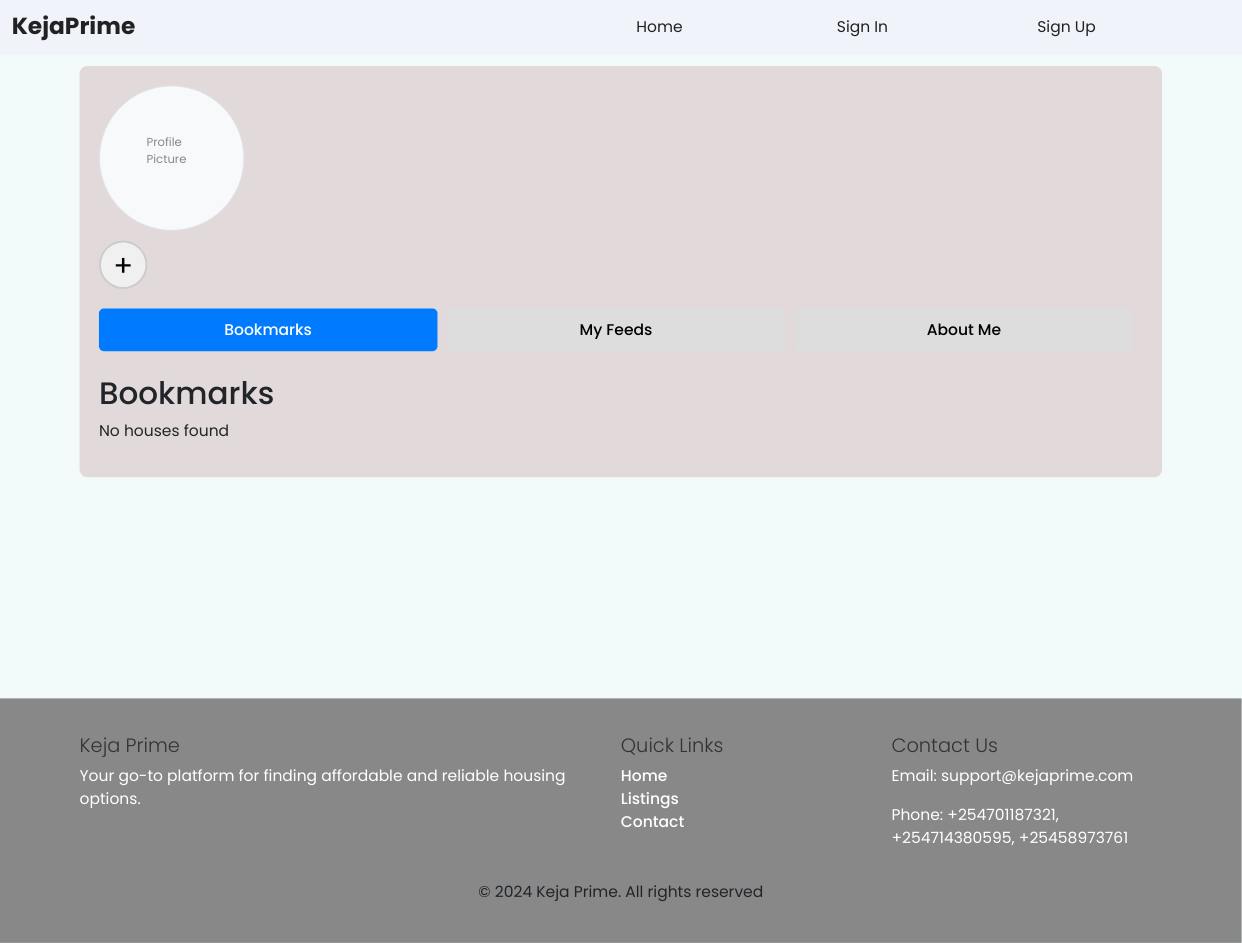
Repository: Pascal7601/kejaPrime
Page: /profile (app in frontend/)
An editor plug-in stored every save of this project. The page is shown before and after the next save, followed by the edit.
The browser window is 1280 px wide. The pictures show the whole page, at 97% of full size.
The page's requests for data from a server got no answer. The project was rebuilt for these pictures with package versions that can differ from the ones it lists, and the page was loaded fresh each time. No one was signed in, and anything a server would have sent is missing. Also part of the build but not shown: frontend/vite.config.js, frontend/src/styles/HeroSection.css, frontend/src/components/HeroSection.jsx, frontend/src/pages/Home.jsx, frontend/src/components/Houses.jsx, frontend/src/pages/Listings.jsx, frontend/src/styles/PostHouse.css, frontend/src/pages/PostHouse.jsx and 10 more.

Above is the page before, as saved 2024-10-22 12:22:10.

After the next save:
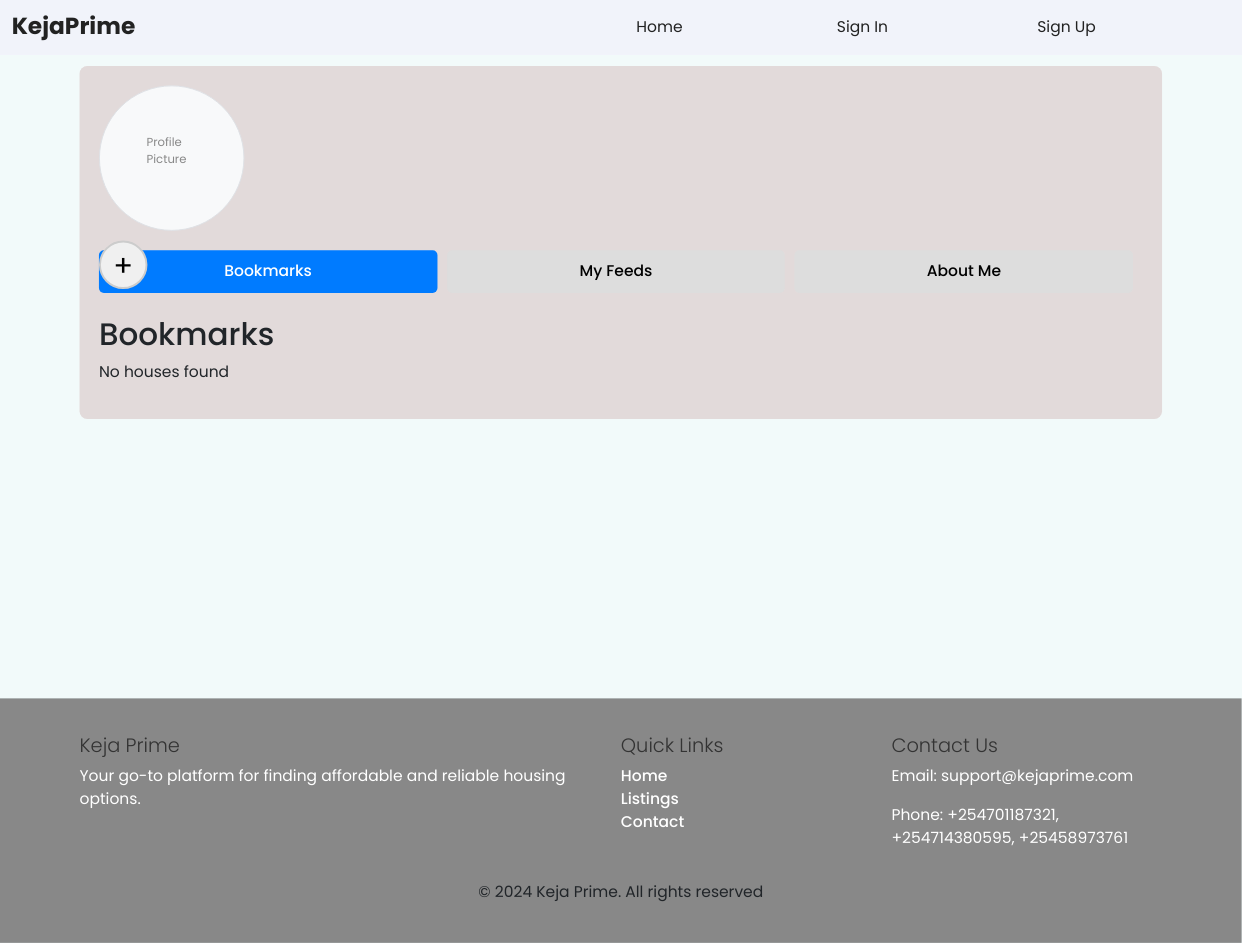
Saved 23 s later.
--- a/frontend/src/styles/Profile.css
+++ b/frontend/src/styles/Profile.css
@@ -57,7 +57,9 @@
     margin-bottom: 20px;
 }
 .profile-picture-container {
-
+  position: relative;
+  width: 150px; /* Adjust the size as needed */
+  height: 150px; /* Adjust the size as needed */
 }
 
 .profile-picture-placeholder {
